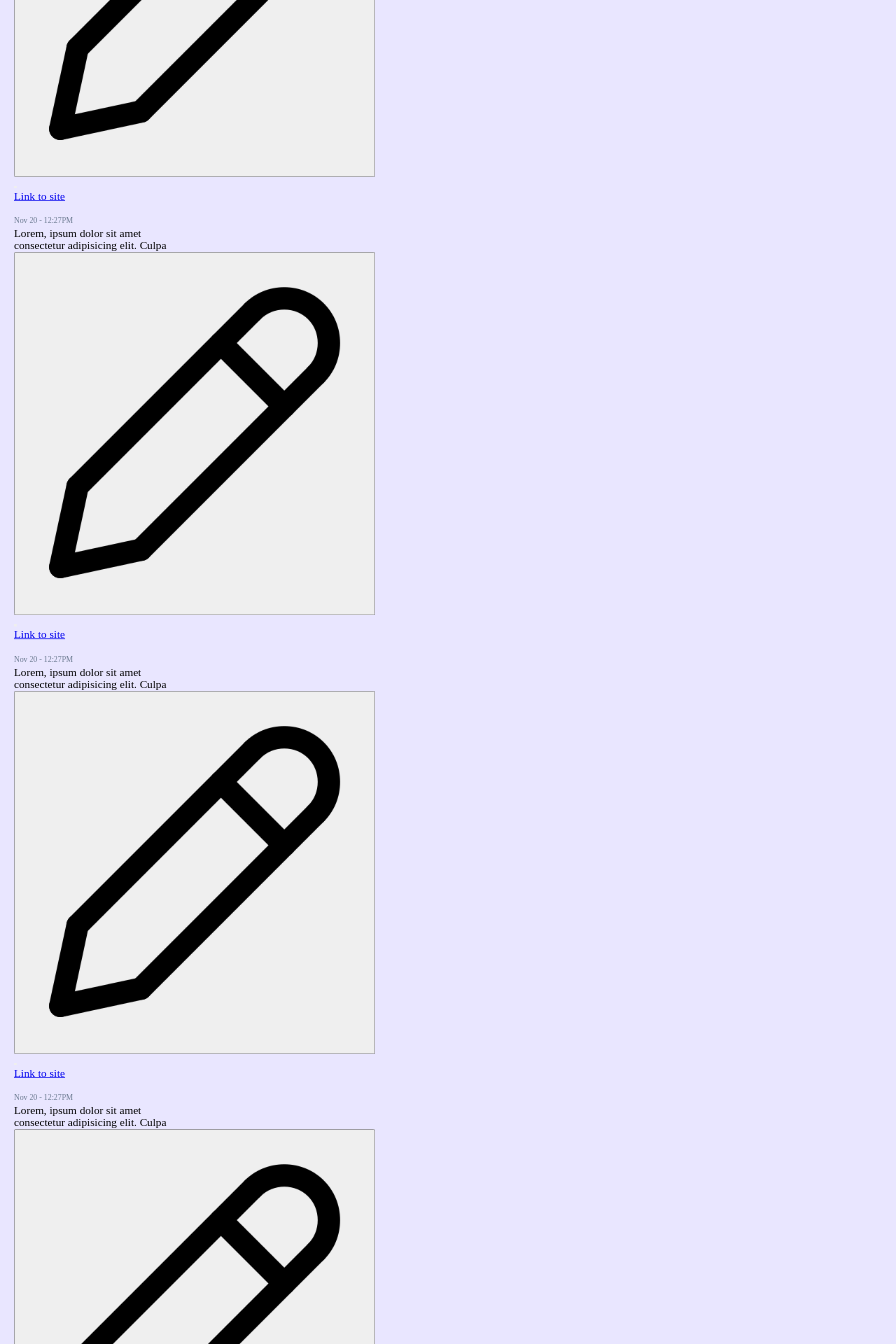
Repository: IdowuMicheal-1/Text-Tab-Organizer
Page: popup.html
The author's editor kept a copy of each file at every save. The page is drawn from the files as they stood at one save, then again after a run of saves.
The browser window is 1280 px wide. The pictures show the part of the page from y = 440 to 2360 px (the page is 3254 px tall before and 3149 px after), at 70% of full size.

Above is the page before, as saved 2025-05-14 20:48:12.

After the next 2 saves:
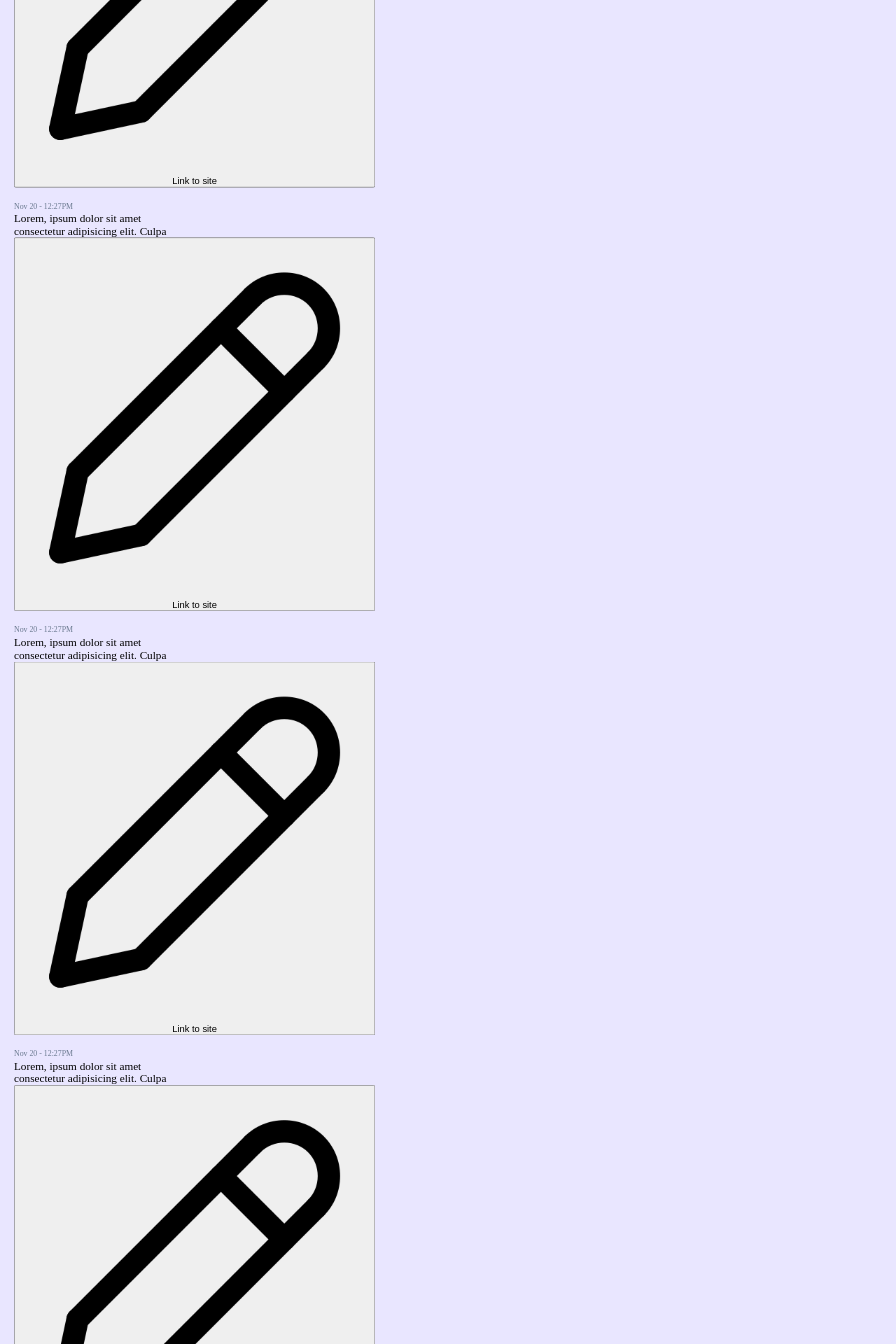
The 2 saves are shown as one change because they came seconds apart.
The last was saved 9 s later.
--- a/popup.js
+++ b/popup.js
@@ -39,7 +39,7 @@ ITEMS.map((items, index) => {
           <p class="content-text">
             ${items.content}
           </p>
-      <button><img src= "./assets/edit.png"><button>
+      <button><img src= "./assets/edit.png" class="edit-btn><button>
           </div>
           <p><a href="${items.link}">Link to site</a></p>
 
